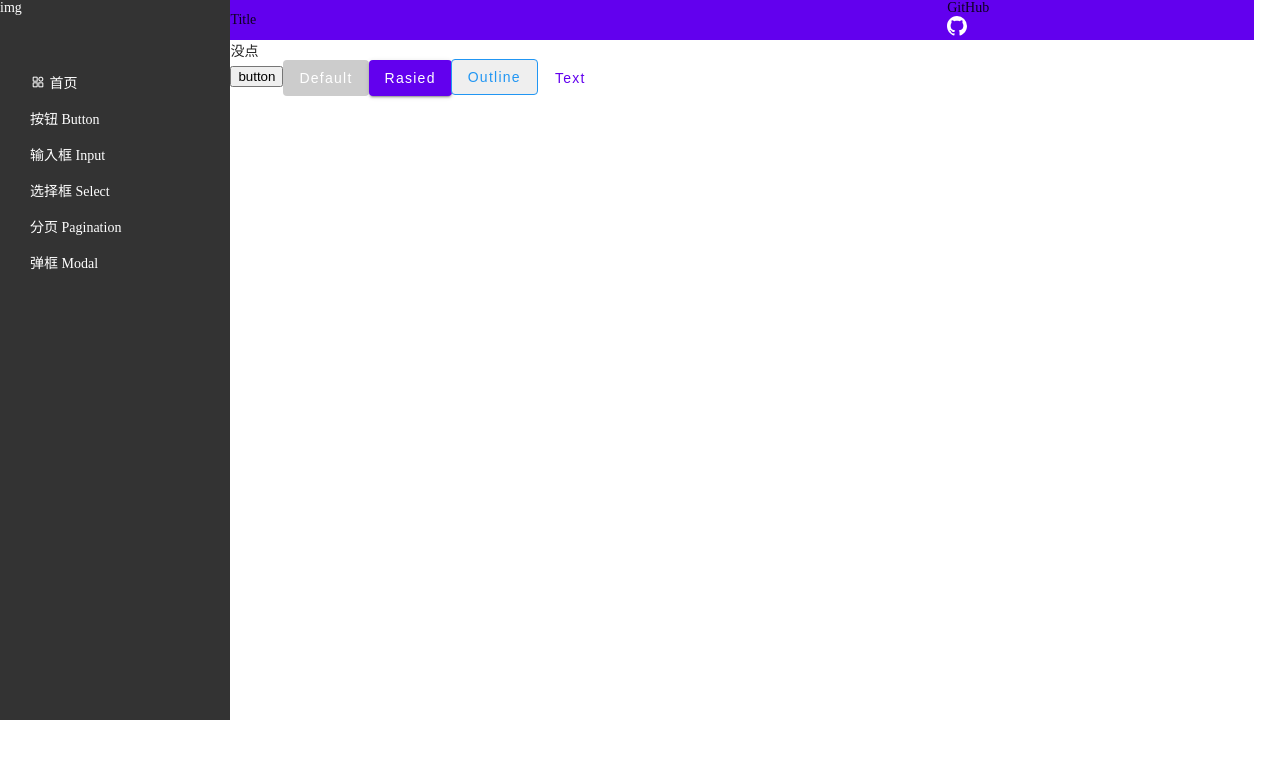
Repository: wyhsunflower/koalaUI
Page: /
These files come from the project's save history. The page is drawn as it stood at one moment and after the next save; the edit follows.
The browser window is 1280 px wide. The pictures show the whole page.
The project was rebuilt for these pictures with package versions that can differ from the ones it lists, and the page was loaded fresh each time. Also part of the build but not shown: webpack.config.js, src/components/Modal/Modal.vue. Imported but missing from the stored project, and not drawn on this page: src/views/go/go2.vue.

Above is the page before, as saved 2020-03-15 21:35:16.

After the next save:
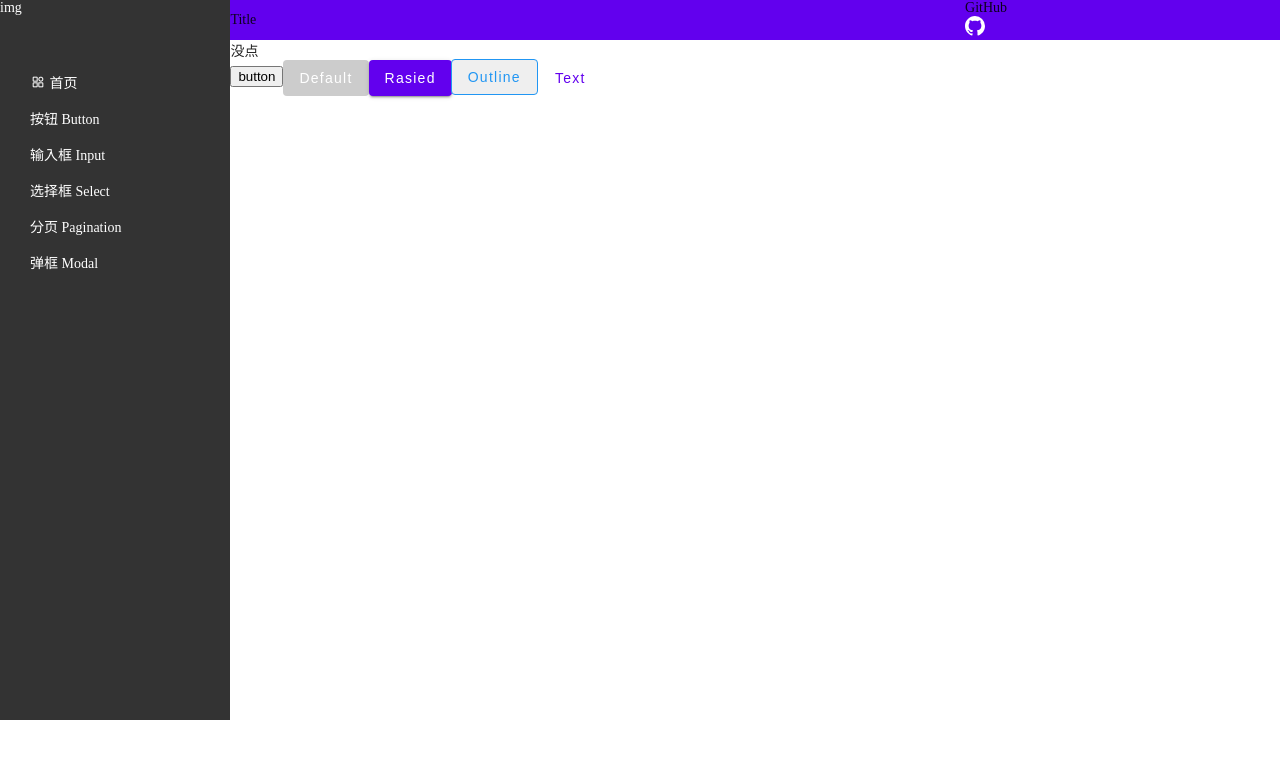
Saved 81 s later.
--- a/src/app.vue
+++ b/src/app.vue
@@ -32,7 +32,7 @@
         height: 100%;
     }
     .right{
-        width: 80%;
+        width: 82%;
         height: 100%;
     }
         .main{
